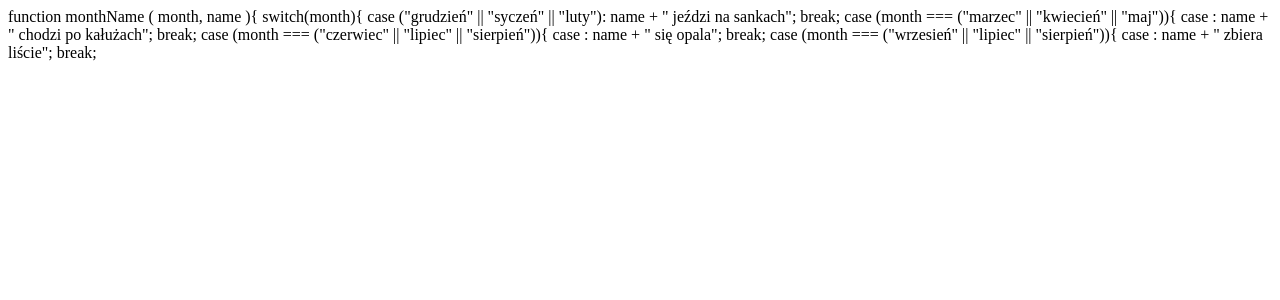
Repository: Maxs777/wizytowka
Page: index.html
The author's editor kept a copy of each file at every save. The page is drawn from the files as they stood at one save, then again after a run of saves.
The browser window is 1280 px wide. The pictures show the whole page.

Above is the page before, as saved 2019-03-06 14:51:19.

After the next 2 saves:
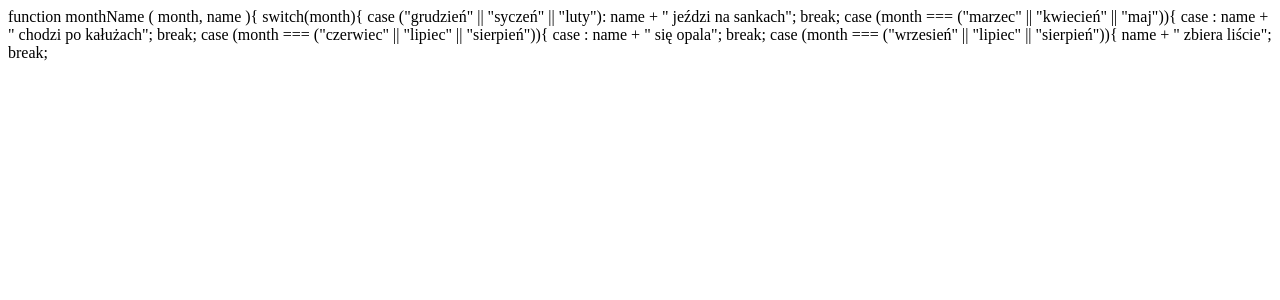
The 2 saves are shown as one change because they came seconds apart.
The last was saved 6 s later.
--- a/index.html
+++ b/index.html
@@ -25,5 +25,5 @@ case (month === ("czerwiec" || "lipiec" || "sierpień")){
 case : name + " się opala";
 break;
 case (month === ("wrzesień" || "lipiec" || "sierpień")){
-case : name + " zbiera liście";
+ name + " zbiera liście";
 break;
